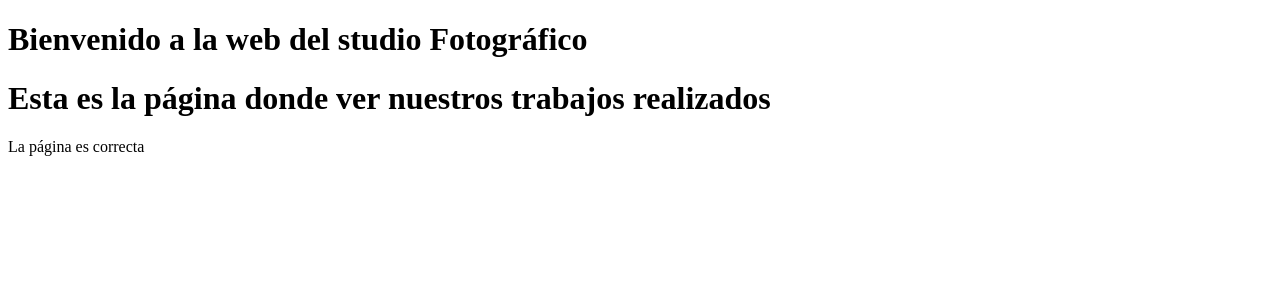
Repository: aguerrerocabrera/PruebaOK
Page: index.html
The author's editor kept a copy of each file at every save. The page is drawn from the files as they stood at one save, then again after the next save.
The browser window is 1280 px wide. The pictures show the whole page.

Above is the page before, as saved 2022-10-30 21:26:09.

### index.html
<!DOCTYPE html>
<html>
    <head>
        <title>Estudio Fotografico Fotocol2000</title>
    </head>
    <body>
        <h1>Bienvenido a la web del studio Fotográfico</h1>
        <h1>Esta es la página donde ver nuestros trabajos realizados</h1>
        <p> La página es correcta</p>
    </body>
</html>

After the next save:
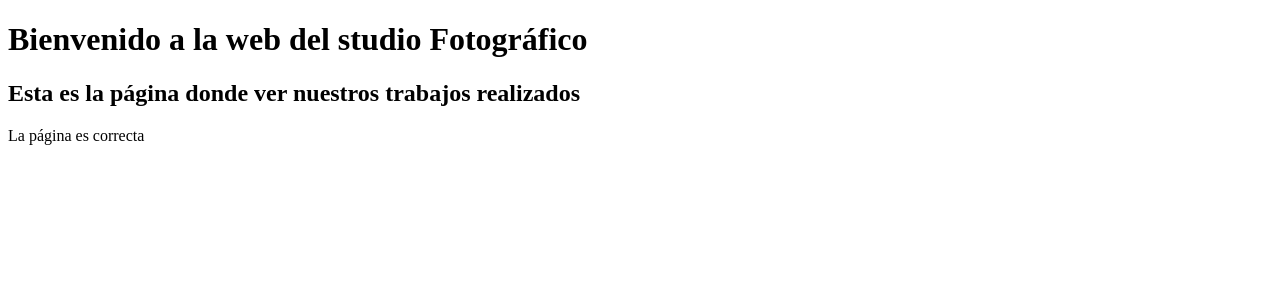
Saved 9 min 39 s later.
--- a/index.html
+++ b/index.html
@@ -5,7 +5,7 @@
     </head>
     <body>
         <h1>Bienvenido a la web del studio Fotográfico</h1>
-        <h1>Esta es la página donde ver nuestros trabajos realizados</h1>
+        <h2>Esta es la página donde ver nuestros trabajos realizados</h2>
         <p> La página es correcta</p>
     </body>
 </html>
